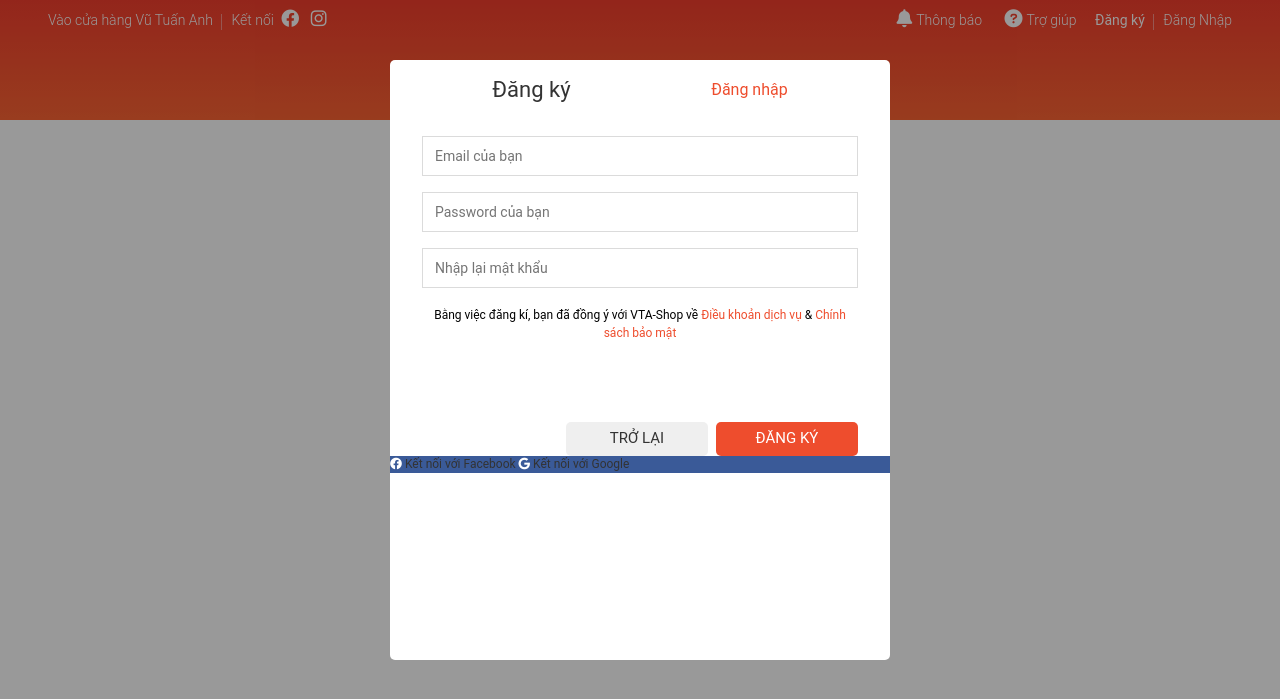
Repository: VuTuanAnh0949/Shopee
Page: index.html
These files come from the project's save history. The page is drawn as it stood at one moment and after the next save; the edit follows.
The browser window is 1280 px wide. The pictures show the whole page.

Above is the page before, as saved 2022-02-15 11:00:19.

After the next save:
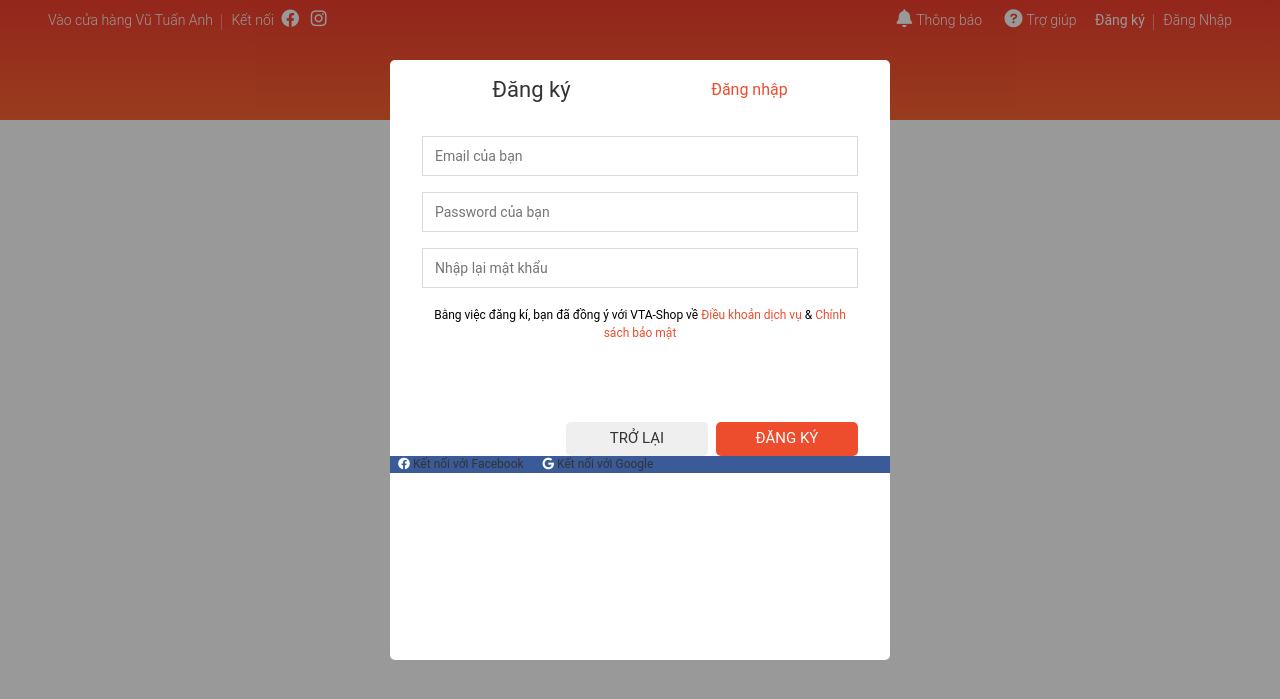
Saved 30 s later.
--- a/assets/css/base.css
+++ b/assets/css/base.css
@@ -66,7 +66,7 @@ html {
   border:none ;
   border-radius: 5px;
   font-size: 1.5rem;
-  padding:0;
+  padding:0 8px;
   outline: none;
   cursor: pointer;
   color: var(--text-color);
